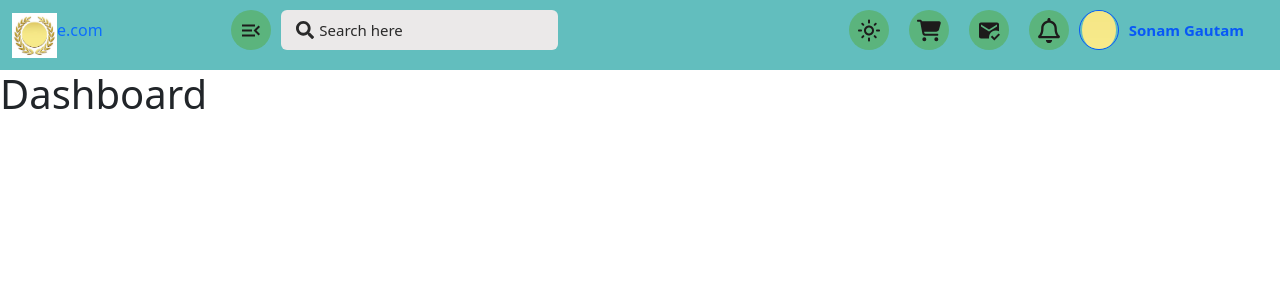
Repository: gautamsonam011/admin-react-dashboard
Page: /
The author's editor kept a copy of each file at every save. The page is drawn from the files as they stood at one save, then again after the next save.
The browser window is 1280 px wide. The pictures show the whole page.
The project was rebuilt for these pictures with package versions that can differ from the ones it lists, and the page was loaded fresh each time.

Above is the page before, as saved 2025-04-14 14:16:27.

### src/App.js
import { BrowserRouter, Routes, Route } from 'react-router-dom';
import './App.css';
import 'bootstrap/dist/css/bootstrap.min.css';
import Dashboard from './pages/Dashboard/Dashboard';
import Header from "./components/Header/index";
function App() {
  return (
    <BrowserRouter>
    <Header/>
    <Routes>
      <Route path = "/" exact={true} element={<Dashboard/>} />
    </Routes>
    </BrowserRouter>
  );
}

export default App;

### src/App.css
@import url('https://fonts.googleapis.com/css2?family=Ubuntu:ital,wght@0,300;0,400;0,500;0,700;1,300;1,400;1,500;1,700&display=swap');

body{
  font-family: "Ubuntu", sans-serif;
  background-color: #f4f8f7;

}

header{
  width:100%;
  height: 70px;
  background-color:#62bebe;
}
header .logo{
  text-decoration: none;
}
header .logo img{
  margin-top: 10px;
  width:45px;

}

header .logo span{
color: coral;
font-weight: bolder;
font-size: 24px;
}
header button.rounded-circle{min-width:40px !important; width:40px !important; height: 40px !important; background-color:#5bb47d !important; margin: 10px;}
header button.rounded-circle svg{color:rgb(29, 27, 27); font-size: 25px !important;}
header button.rounded-circle:hover{color: #0858f7;}
.searchBox{width:400px; height: 40px; background-color:#ebe9e9; border-radius: 6px;padding: 3px 15px;}
.searchBox input{background: transparent;border:0px; outline:none; padding-left: 5px; font-size: 15px; color:#292929}
.searchBox input::-webkit-input-placeholder{color:#292929}
.searchBox svg{font-size: 18px; color:#292929 ;}

.myAccount .userImg{display: flex; align-items:center; justify-content: center; overflow: hidden; width:40px; height: 40px; border:1px solid #0858f7; padding: 2px; border-radius: 100%;}
.myAccount .userImg .rounded-circle{display: flex; align-items:center; justify-content: center; overflow: hidden; width: 40px; height: 40px; cursor: pointer; position: relative;}
.myAccount .userImg .rounded-circle .img{object-fit: cover; width: 100%;}
.myAccount .userInfo{padding-left: 10px;}
.myAccount .userInfo h5{font-size: 15px; font-weight: 600; margin-bottom:0px; color: #0858f7;}

### src/pages/Dashboard/Dashboard.jsx
const Dashboard = () =>{
    return (
        <>
        <h1>Dashboard</h1>
        </>
    )
}

export default Dashboard;

### src/components/Header/index.jsx
import {Link} from "react-router-dom";
import logo from "../../assests/images/logo.jpg";
import Button from '@mui/material/Button';
import { MdMenuOpen } from "react-icons/md";
import { MdOutlineMenu } from "react-icons/md";
import SearchBox from "../SearchBox";
import { MdOutlineLightMode } from "react-icons/md";
import { MdDarkMode } from "react-icons/md";
import { FaCartShopping } from "react-icons/fa6";
import { MdMarkEmailRead } from "react-icons/md";
import { FaRegBell } from "react-icons/fa";


const Header = () =>{
    return (
        <>
        <header>
            <div className="container-fluid">
                <div className="row d-flex align-items-center w-100">
                    {/* logo */}
                    <div className="col-sm-2">
                        <Link to="/" className="d-flex align-items-center logo">
                        <img src={logo} alt="logo"/>
                        <spam className="ml-2">e.com</spam>
                        </Link>
                    </div>
                    <div className="col-sm-3 d-flex align-items-center pl-4">
                    <Button className="rounded-circle"><MdMenuOpen/></Button>
                    <SearchBox/>
                    </div>
                    <div className="col-sm-7 d-flex align-items-center justify-content-end part3">
                    <Button className="rounded-circle"><MdOutlineLightMode/></Button>
                    <Button className="rounded-circle"><FaCartShopping/></Button>
                    <Button className="rounded-circle"><MdMarkEmailRead/></Button>
                    <Button className="rounded-circle"><FaRegBell/></Button>

                    <div className="myAccountWrapper">
                    <div className="myAccount d-flex align-items-center">
                        <div className="userImg">
                            <span className="rounded-circle">
                            <img src={logo} alt="profile" />
                            </span>

                        </div>
                        <div className="userInfo">
                            <h5>Sonam Gautam</h5>
                        </div>
                    </div>
                    </div>
                    </div>
                </div>
            </div>
        </header>
        </>
    )
}

export default Header

### src/components/SearchBox.jsx
import { FaSearch } from "react-icons/fa";

const SearchBox = () =>{
    return (
        <div className="searchBox position-relative d-flex align-items-center">
            <FaSearch className="mr-2" />
            <input type="text" placeholder="Search here"  />
        </div>
    )
}

export default SearchBox;

Loaded but not shown: public/index.html (common file); src/index.js (common file); src/reportWebVitals.js (common file)

After the next save:
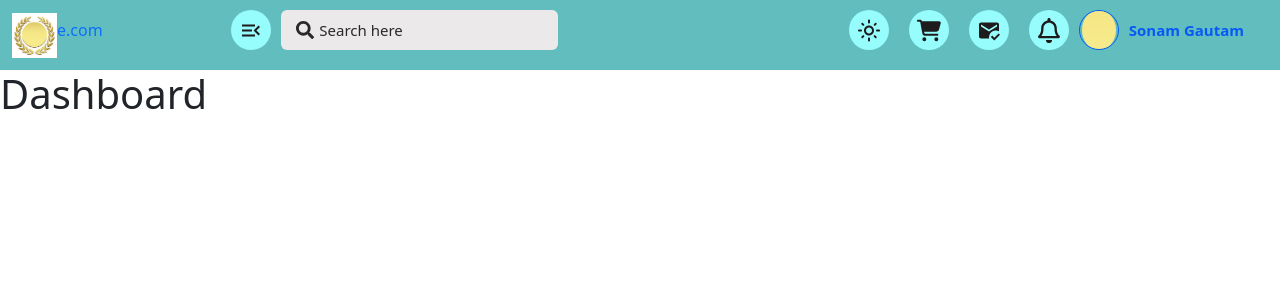
Saved 24 s later.
--- a/src/App.css
+++ b/src/App.css
@@ -25,7 +25,7 @@ color: coral;
 font-weight: bolder;
 font-size: 24px;
 }
-header button.rounded-circle{min-width:40px !important; width:40px !important; height: 40px !important; background-color:#5bb47d !important; margin: 10px;}
+header button.rounded-circle{min-width:40px !important; width:40px !important; height: 40px !important; background-color:#97fcfc !important; margin: 10px;}
 header button.rounded-circle svg{color:rgb(29, 27, 27); font-size: 25px !important;}
 header button.rounded-circle:hover{color: #0858f7;}
 .searchBox{width:400px; height: 40px; background-color:#ebe9e9; border-radius: 6px;padding: 3px 15px;}
